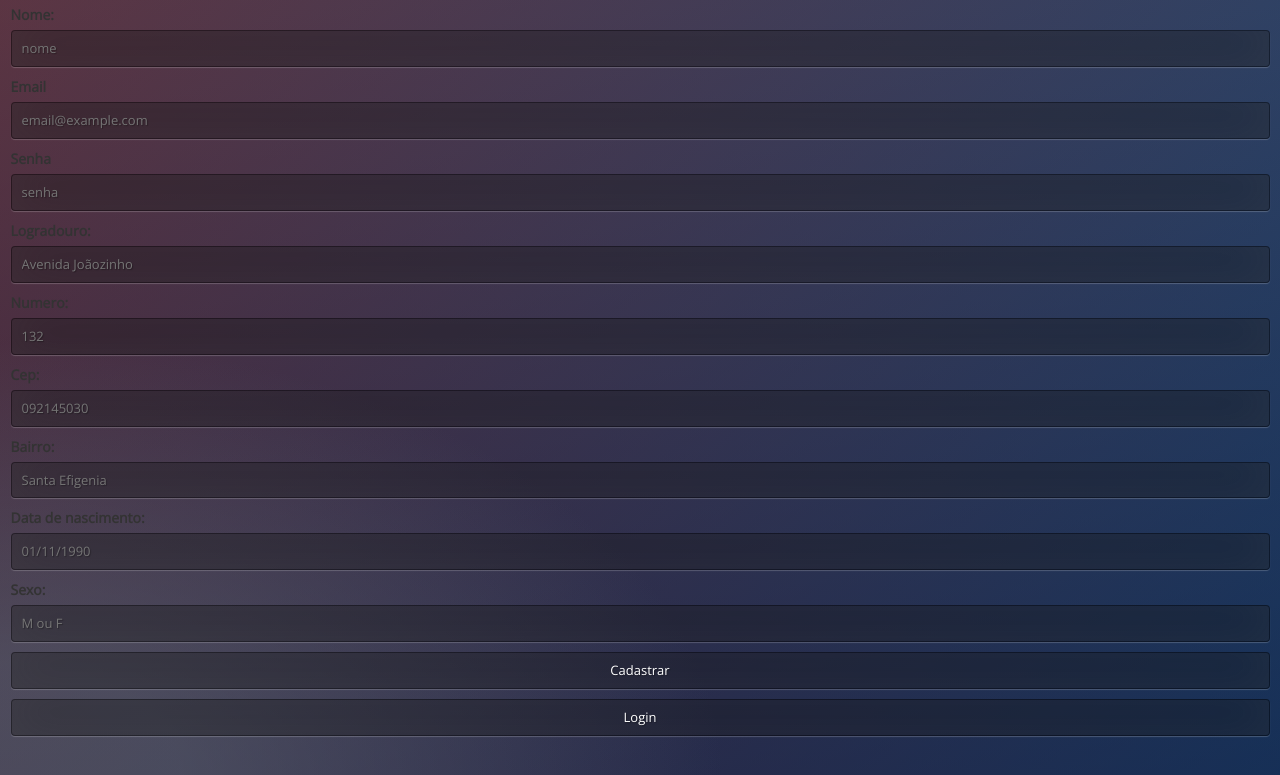
Repository: moises2112/Projetos
Page: http://localhost/Dog/cadastrar.jsp
An editor plug-in stored every save of this project. The page is shown before and after the next save, followed by the edit.
The browser window is 1280 px wide. The pictures show the whole page.
Some web libraries are served in a nearby version. The page is served by Tomcat 9. Other server files are loaded and not shown.

Above is the page before, as saved 2017-06-10 22:01:42.

### Dog/WebContent/cadastrar.jsp

<%@ page language="java" contentType="text/html; charset=ISO-8859-1"
	pageEncoding="ISO-8859-1"%>
<%@ taglib uri="http://java.sun.com/jsp/jstl/core" prefix="c"%>
<!DOCTYPE HTML>
<html>
<head>
<meta charset="UTF-8">
<meta http-equiv="Content-Type" content="text/html; charset=ISO-8859-1">
<link rel="stylesheet" type="text/css" href="css\bootstrap.css">

<link rel="stylesheet"
	href="https://cdnjs.cloudflare.com/ajax/libs/normalize/5.0.0/normalize.min.css">


<style>
/* NOTE: The styles were added inline because Prefixfree needs access to your styles and they must be inlined if they are on local disk! */
@import url(https://fonts.googleapis.com/css?family=Open+Sans);

* {
	-webkit-box-sizing: border-box;
	-moz-box-sizing: border-box;
	-ms-box-sizing: border-box;
	-o-box-sizing: border-box;
	box-sizing: border-box;
}

body {
	width: 100%;
	height: 100%;
	font-family: 'Open Sans', sans-serif;
	background: #092756;
	background: -moz-radial-gradient(0% 100%, ellipse cover, rgba(104, 128, 138, .4)
		10%, rgba(138, 114, 76, 0) 40%),
		-moz-linear-gradient(top, rgba(57, 173, 219, .25) 0%,
		rgba(42, 60, 87, .4) 100%),
		-moz-linear-gradient(-45deg, #670d10 0%, #092756 100%);
	background: -webkit-radial-gradient(0% 100%, ellipse cover, rgba(104, 128, 138, .4)
		10%, rgba(138, 114, 76, 0) 40%),
		-webkit-linear-gradient(top, rgba(57, 173, 219, .25) 0%,
		rgba(42, 60, 87, .4) 100%),
		-webkit-linear-gradient(-45deg, #670d10 0%, #092756 100%);
	background: -o-radial-gradient(0% 100%, ellipse cover, rgba(104, 128, 138, .4)
		10%, rgba(138, 114, 76, 0) 40%),
		-o-linear-gradient(top, rgba(57, 173, 219, .25) 0%,
		rgba(42, 60, 87, .4) 100%),
		-o-linear-gradient(-45deg, #670d10 0%, #092756 100%);
	background: -ms-radial-gradient(0% 100%, ellipse cover, rgba(104, 128, 138, .4)
		10%, rgba(138, 114, 76, 0) 40%),
		-ms-linear-gradient(top, rgba(57, 173, 219, .25) 0%,
		rgba(42, 60, 87, .4) 100%),
		-ms-linear-gradient(-45deg, #670d10 0%, #092756 100%);
	background: -webkit-radial-gradient(0% 100%, ellipse cover, rgba(104, 128, 138, .4)
		10%, rgba(138, 114, 76, 0) 40%),
		linear-gradient(to bottom, rgba(57, 173, 219, .25) 0%,
		rgba(42, 60, 87, .4) 100%),
		linear-gradient(135deg, #670d10 0%, #092756 100%);
	filter: progid:DXImageTransform.Microsoft.gradient( startColorstr='#3E1D6D',
		endColorstr='#092756', GradientType=1);
}

input {
	width: 100%;
	margin-bottom: 10px;
	background: rgba(0, 0, 0, 0.3);
	border: none;
	outline: none;
	padding: 10px;
	font-size: 13px;
	color: #fff;
	text-shadow: 1px 1px 1px rgba(0, 0, 0, 0.3);
	border: 1px solid rgba(0, 0, 0, 0.3);
	border-radius: 4px;
	box-shadow: inset 0 -5px 45px rgba(100, 100, 100, 0.2), 0 1px 1px
		rgba(255, 255, 255, 0.2);
	-webkit-transition: box-shadow .5s ease;
	-moz-transition: box-shadow .5s ease;
	-o-transition: box-shadow .5s ease;
	-ms-transition: box-shadow .5s ease;
	transition: box-shadow .5s ease;
}

input:focus {
	box-shadow: inset 0 -5px 45px rgba(100, 100, 100, 0.4), 0 1px 1px
		rgba(255, 255, 255, 0.2);
}
</style>

<script
	src="https://cdnjs.cloudflare.com/ajax/libs/prefixfree/1.0.7/prefixfree.min.js"></script>

<title>Faça parte do Tindog</title>
</head>
<body>

	<form action="UsuarioController.do?action=inserir" method="post">
		<fieldset>

			<div>
				<label for="nome">Nome:</label> <input type="text" name="nome"
					placeholder="nome" />
			</div>
			<div>
				<label for="email">Email</label> <input type="text" name="email"
					placeholder="email@example.com" />
			</div>
			<div>
				<label for="senha">Senha</label> <input type="password" name="senha"
					placeholder="senha" />
			</div>
			<div>
				<label for="logradouro">Logradouro:</label> <input type="text"
					name="logradouro" placeholder="Avenida Joãozinho" />
			</div>
			<div>
				<label for="numero">Numero:</label> <input type="text" name="numero"
					placeholder="132" />
			</div>
			<div>
				<label for="cep">Cep:</label> <input type="text" name="cep"
					placeholder="092145030" />
			</div>
			<div>
				<label for="bairro">Bairro:</label> <input type="text" name="bairro"
					placeholder="Santa Efigenia" />
			</div>
			<div>
				<label for="dataNascimento">Data de nascimento:</label> <input
					type="text" name="dataNascimento" placeholder="01/11/1990" />
			</div>
			<div>
				<label for="sexo">Sexo:</label> <input type="text" name="sexo"
					placeholder="M ou F" />
			</div>

			<div>
				<input type="submit" value="Cadastrar" /> <input type="button"
					value="Login" onClick="window.location.href='./login.jsp'" />
			</div>
		</fieldset>
	</form>
	<label><c:out value="${erroAoLogar}" /></label>


</body>
</html>

Loaded but not shown: Dog/WebContent/css/bootstrap.css (library)

After the next save:
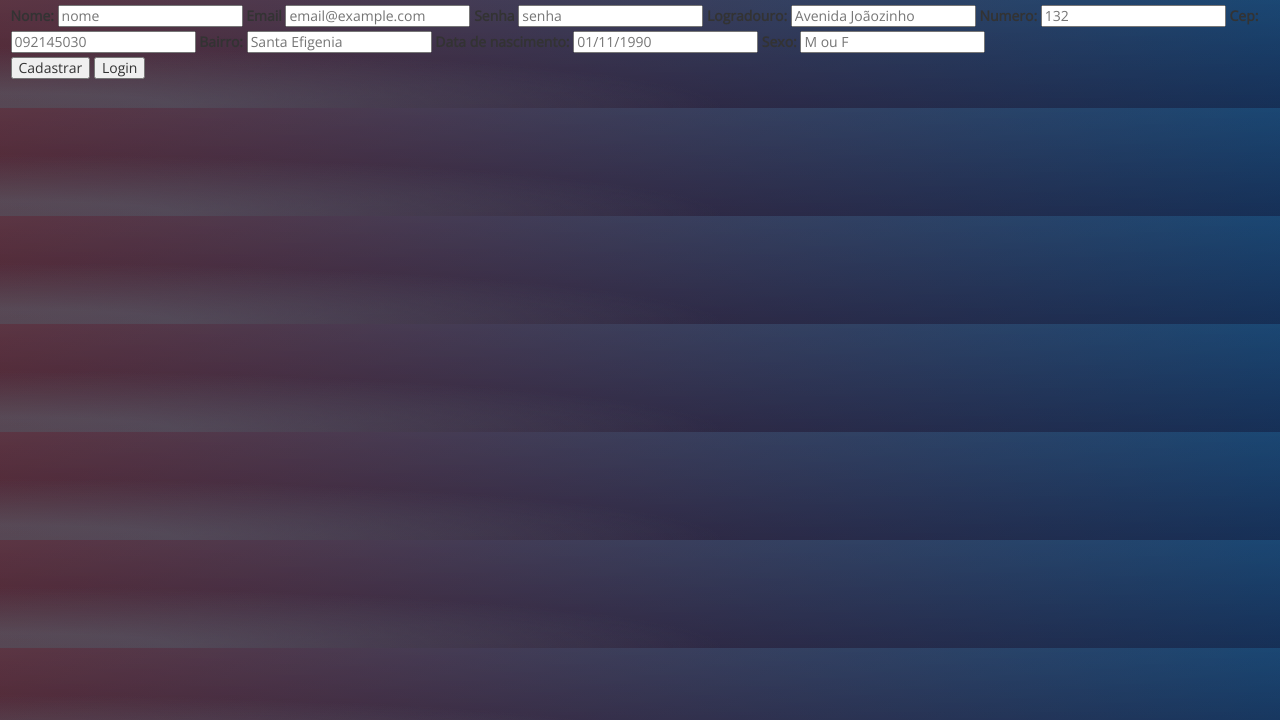
Saved 72 s later.
--- a/Dog/WebContent/cadastrar.jsp
+++ b/Dog/WebContent/cadastrar.jsp
@@ -59,7 +59,7 @@ body {
 		endColorstr='#092756', GradientType=1);
 }
 
-input {
+.campos {
 	width: 100%;
 	margin-bottom: 10px;
 	background: rgba(0, 0, 0, 0.3);
@@ -98,39 +98,20 @@ input:focus {
 
 			<div>
 				<label for="nome">Nome:</label> <input type="text" name="nome"
-					placeholder="nome" />
-			</div>
-			<div>
-				<label for="email">Email</label> <input type="text" name="email"
-					placeholder="email@example.com" />
-			</div>
-			<div>
-				<label for="senha">Senha</label> <input type="password" name="senha"
-					placeholder="senha" />
-			</div>
-			<div>
-				<label for="logradouro">Logradouro:</label> <input type="text"
-					name="logradouro" placeholder="Avenida Joãozinho" />
-			</div>
-			<div>
+					placeholder="nome" /> <label for="email">Email</label> <input
+					type="text" name="email" placeholder="email@example.com" /> <label
+					for="senha">Senha</label> <input type="password" name="senha"
+					placeholder="senha" /> <label for="logradouro">Logradouro:</label>
+				<input type="text" name="logradouro" placeholder="Avenida Joãozinho" />
+
 				<label for="numero">Numero:</label> <input type="text" name="numero"
-					placeholder="132" />
-			</div>
-			<div>
-				<label for="cep">Cep:</label> <input type="text" name="cep"
-					placeholder="092145030" />
-			</div>
-			<div>
-				<label for="bairro">Bairro:</label> <input type="text" name="bairro"
-					placeholder="Santa Efigenia" />
-			</div>
-			<div>
-				<label for="dataNascimento">Data de nascimento:</label> <input
-					type="text" name="dataNascimento" placeholder="01/11/1990" />
-			</div>
-			<div>
-				<label for="sexo">Sexo:</label> <input type="text" name="sexo"
-					placeholder="M ou F" />
+					placeholder="132" /> <label for="cep">Cep:</label> <input
+					type="text" name="cep" placeholder="092145030" /> <label
+					for="bairro">Bairro:</label> <input type="text" name="bairro"
+					placeholder="Santa Efigenia" /> <label for="dataNascimento">Data
+					de nascimento:</label> <input type="text" name="dataNascimento"
+					placeholder="01/11/1990" /> <label for="sexo">Sexo:</label> <input
+					type="text" name="sexo" placeholder="M ou F" />
 			</div>
 
 			<div>
